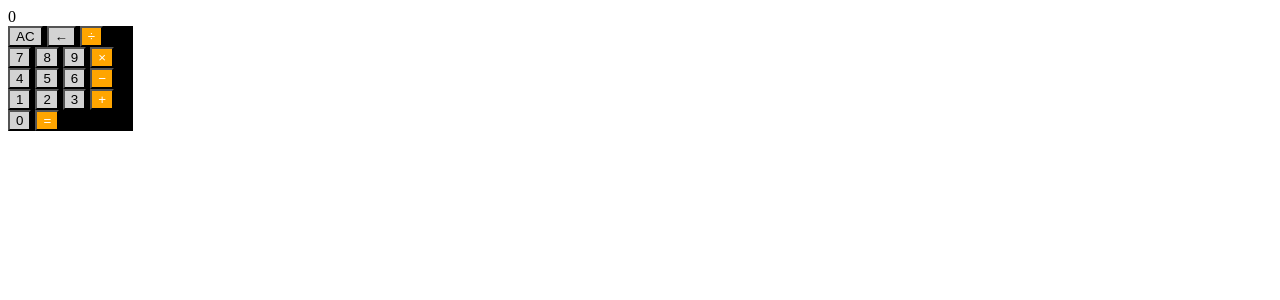
Repository: KaylaDamons/LAB-calculator
Page: index.html
These files come from the project's save history. The page is drawn as it stood at one moment and after the next save; the edit follows.
The browser window is 1280 px wide. The pictures show the whole page.

Above is the page before, as saved 2024-01-13 18:57:15.

### index.html
<!DOCTYPE html>
<html lang="en">
<head>
  <meta charset="UTF-8">
  <meta name="viewport" content="width=device-width, initial-scale=1.0">
  <title>Calculator</title>

</head>
<body>
  <div class="wrapper">
    <div class="sumbar">
      0
    </div>
      <div class="clearbutton">
       <button class="button clear">AC</button>
       <button class="button delete">&#8592</button>
       <button class="symbol divide">&#247</button>
    </div>

    <div class="buttonrow1">
      <button class="button">7</button>
      <button class="button">8</button>
      <button class="button">9</button>
      <button class="symbol times">&#215</button>
    </div>

    <div class="buttonrow2">
      <button class="button">4</button>
      <button class="button">5</button>
      <button class="button">6</button>
      <button class="symbol minus">&#8722</button>
    </div>

    <div class="buttonrow3">
      <button class="button">1</button>
      <button class="button">2</button>
      <button class="button">3</button>
      <button class="symbol plus">&#43</button>
    </div>

    <div class="buttonrow4">
      <button class="button">0</button>
      <button class="symbol equals">&#61</button>
    </div>

  </div>




  <link rel="stylesheet" href="main.css">
</body>
<script src="main.js"></script>
</html>

### main.css

 .wrapper {
  display: grid;
  flex-wrap: wrap;
  flex-direction: row
  justify-content: space-between;
  background-color:black;
  width: 125px;
 }


.sumbar {
 background-color:white;
}

.symbol {
  background-color: orange;
  color:white;
}
.button {
  background-color:lightgray;
}

### main.js
console.log("calculator");

After the next save:
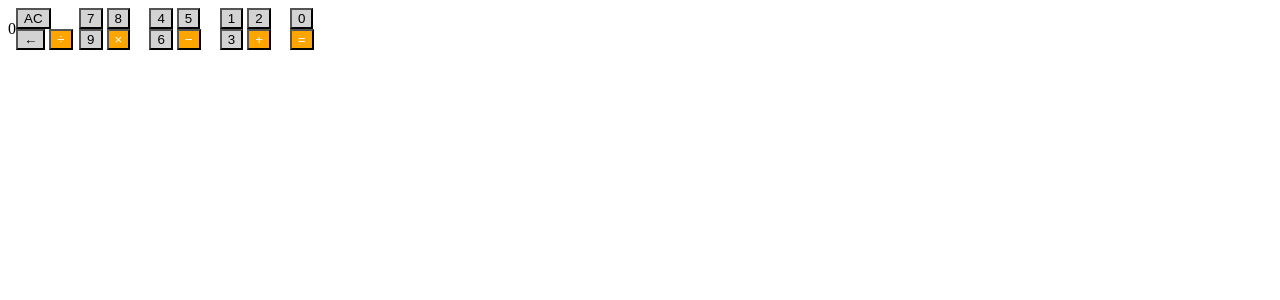
Saved 5 min 45 s later.
--- a/main.css
+++ b/main.css
@@ -1,11 +1,10 @@
 
  .wrapper {
-  display: grid;
-  flex-wrap: wrap;
-  flex-direction: row
-  justify-content: space-between;
-  background-color:black;
-  width: 125px;
+ height: 75%;
+ width: 25%;
+ display: flex;
+ justify-content: center;
+ align-items: center;
  }
 
 
